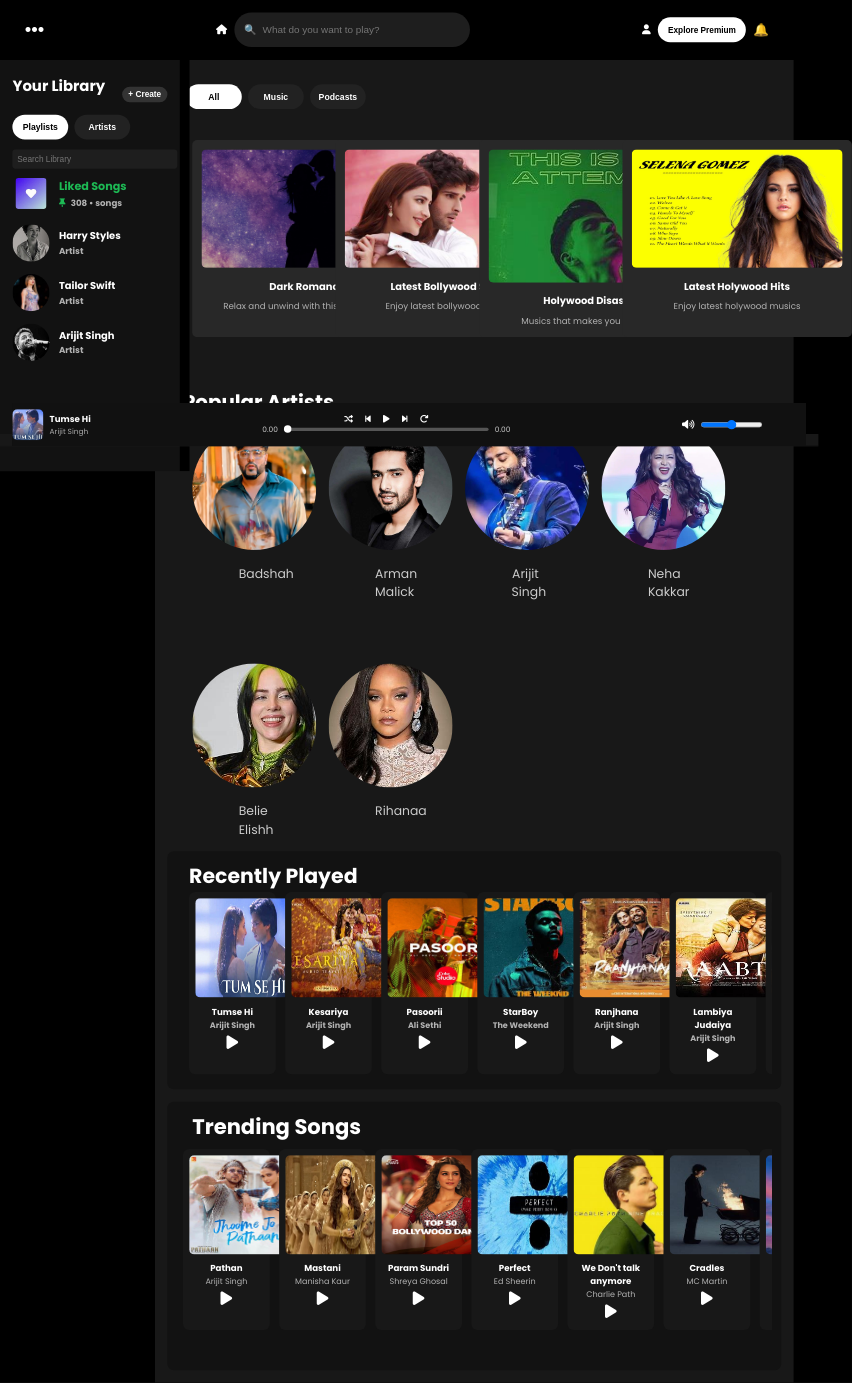
Repository: IshikaSinghRajput/Spotify_Clone
Page: index.html
The author's editor kept a copy of each file at every save. The page is drawn from the files as they stood at one save, then again after the next save.
The browser window is 1280 px wide. The page is 1374 px wide, so the pictures cover 1374 px, including what lies to the right of the window. The pictures show the whole page, at 62% of full size.

Above is the page before, as saved 2025-04-26 16:22:57.

After the next save:
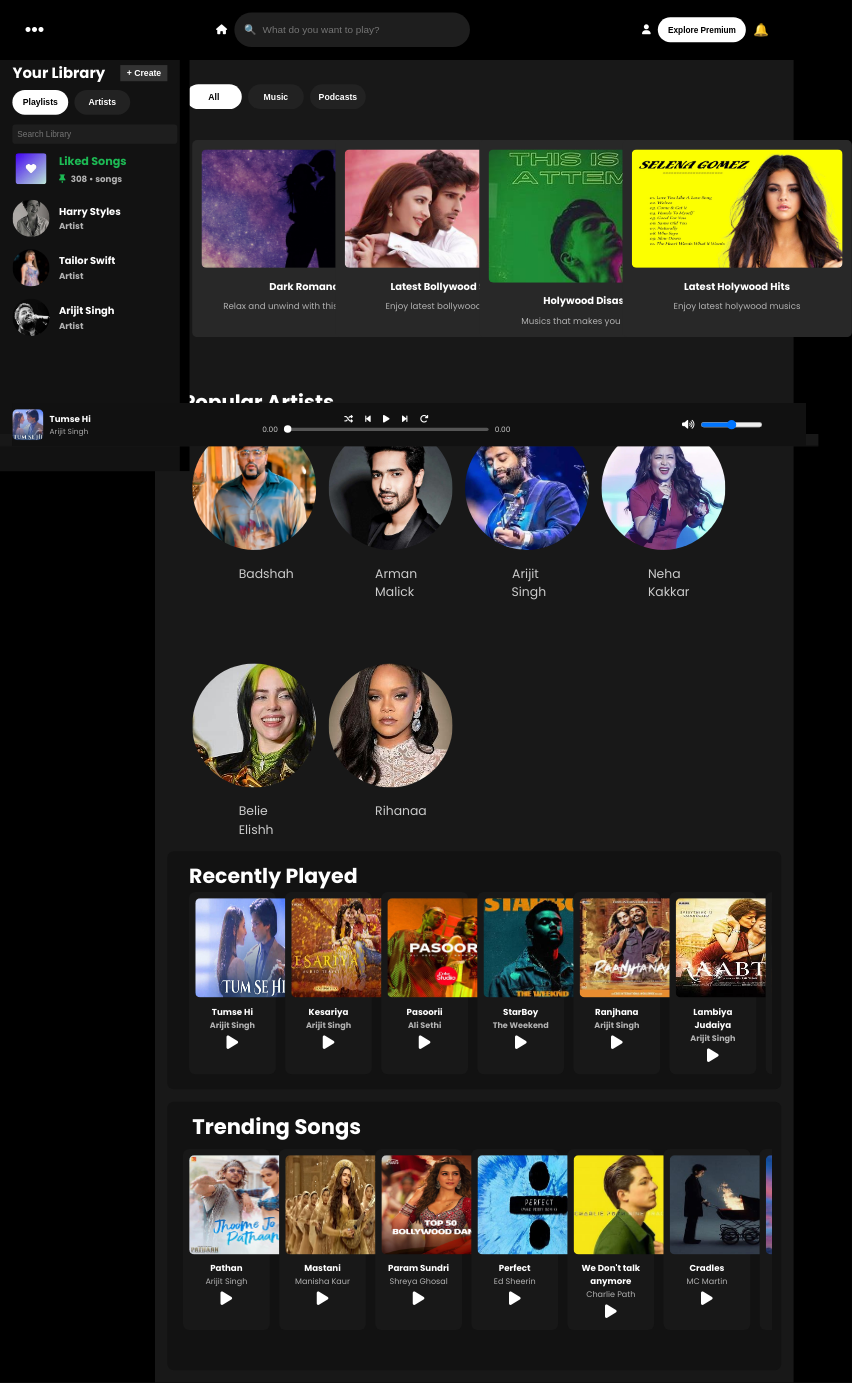
Saved 26 s later.
--- a/style.css
+++ b/style.css
@@ -428,8 +428,7 @@
     flex-grow: 1;
   }
 
-  .library-header,
-  .create-btn{
+  .library-header{
     display: flex;
     justify-content: space-between;
     align-items: center;
@@ -444,7 +443,8 @@
     color: white;
     border: none;
     padding: 5px 10px;
-    font-size: bold;
+    font-size: 14px;
+    font-weight: bold;
     cursor: pointer;
   }
 
